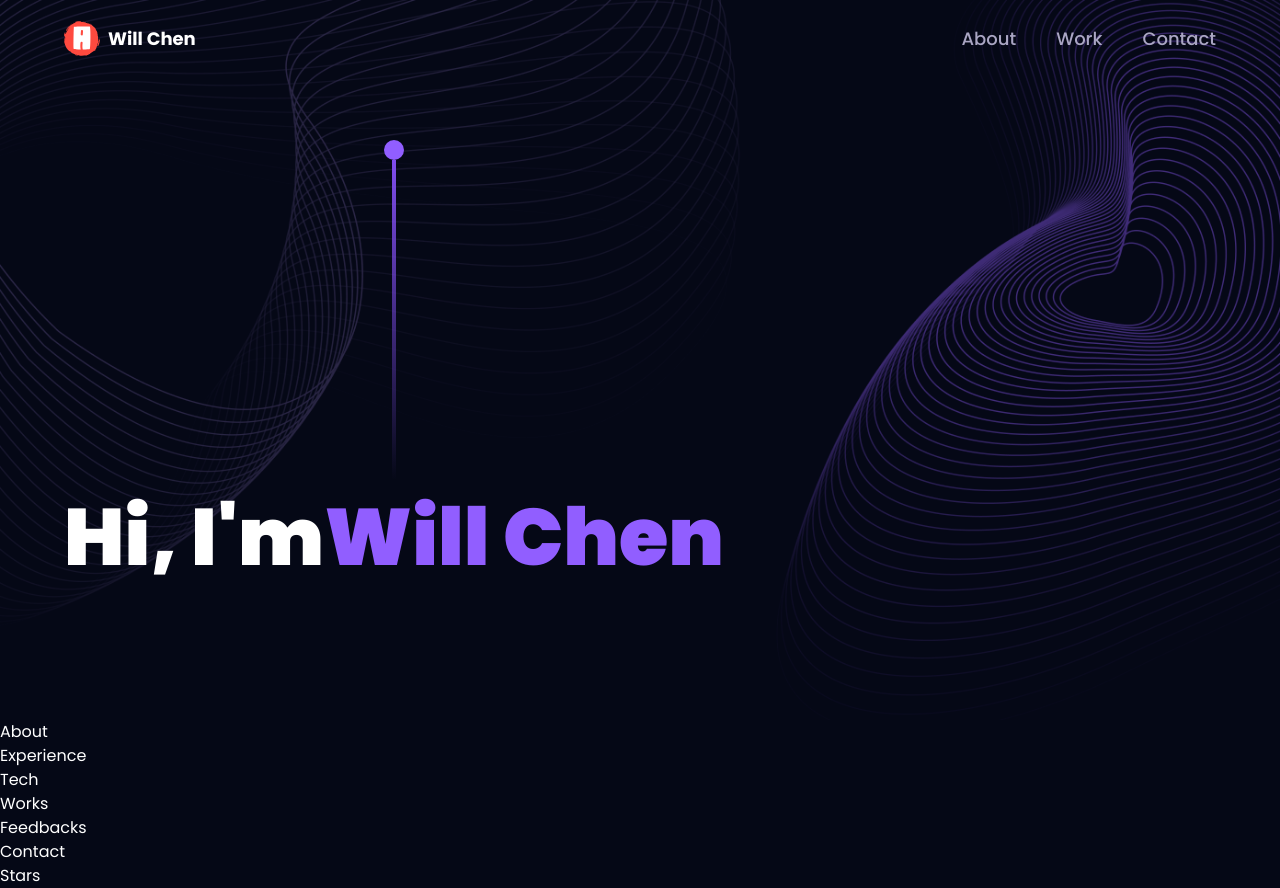
Repository: smallchungus/updatedPersonalWebsite
Page: /
These files come from the project's save history. The page is drawn as it stood at one moment and after the next save; the edit follows.
The browser window is 1280 px wide. The pictures show the whole page.
The project was rebuilt for these pictures with package versions that can differ from the ones it lists, and the page was loaded fresh each time. Also part of the build but not shown: vite.config.js, src/components/canvas/Earth.jsx, src/components/canvas/Ball.jsx.

Above is the page before, as saved 2023-11-26 12:12:27.

After the next save:
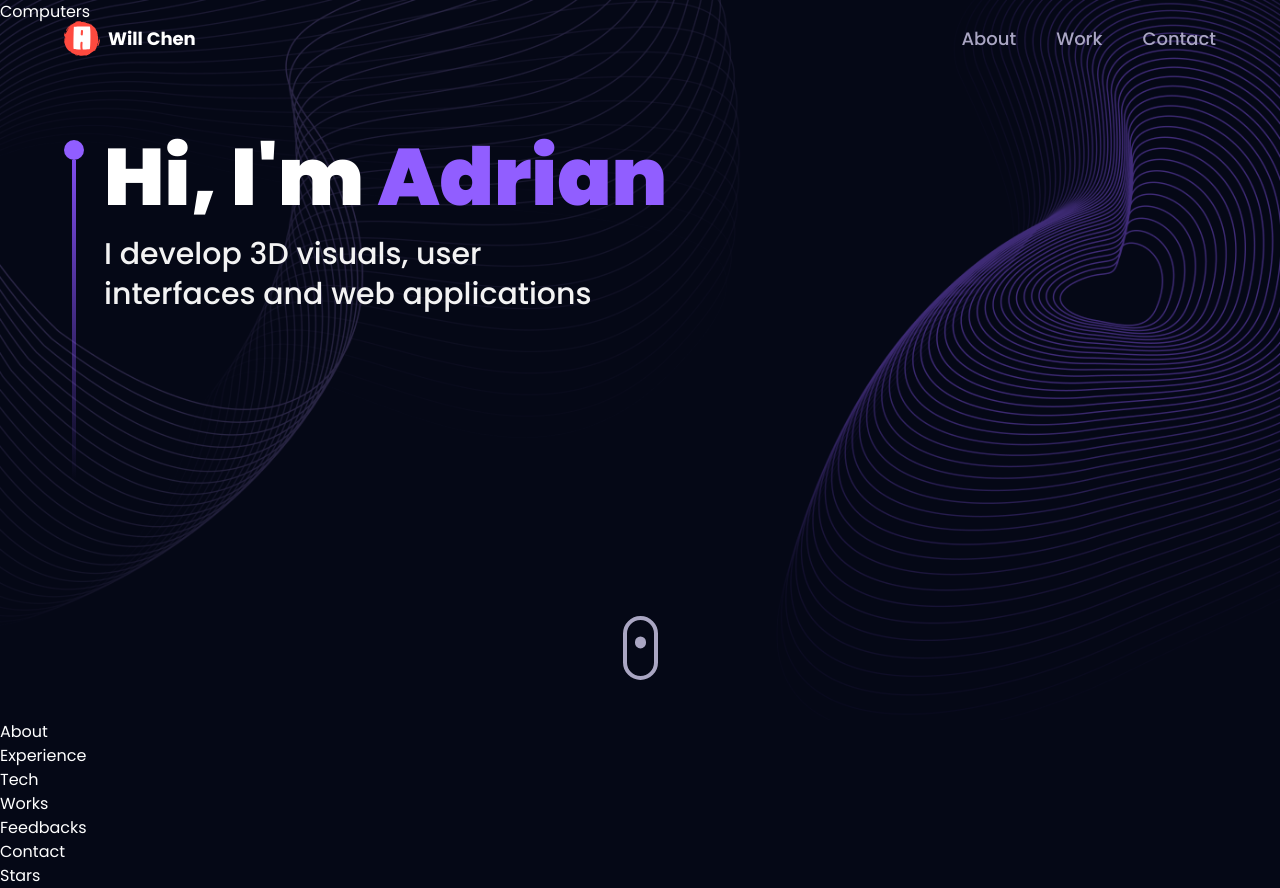
Saved 51 s later.
--- a/src/components/Hero.jsx
+++ b/src/components/Hero.jsx
@@ -1,24 +1,51 @@
-import React from 'react'
-import {motion} from 'framer-motion';
+import { motion } from "framer-motion";
 
-import {styles} from '../styles';
-import {ComputersCanvas} from './canvas';
+import { styles } from "../styles";
+import { ComputersCanvas } from "./canvas";
 
 const Hero = () => {
   return (
-    <section className='relative w-full h-screen mx-auto'>
-      <div className={`${styles.paddingX} absolute inset-0 top-[120px] max-w-7xl mx-auto flex flex-row items-start gap-5`}>
-        <div className ="flex flex-col justify-center items-center mt-5">
-          <div className ="w-5 h-5 rounded-full bg-[#915eff]"/>
-          <div className="w-1 sm:h-80 h-40 violet-gradient" />
-          <div>
-            <h1 className={`${styles.heroHeadText} text-white`}>Hi, I'm<span className="text-[#915eff]">Will Chen</span>
-            </h1>
-          </div>
+    <section className={`relative w-full h-screen mx-auto`}>
+      <div
+        className={`absolute inset-0 top-[120px]  max-w-7xl mx-auto ${styles.paddingX} flex flex-row items-start gap-5`}
+      >
+        <div className='flex flex-col justify-center items-center mt-5'>
+          <div className='w-5 h-5 rounded-full bg-[#915EFF]' />
+          <div className='w-1 sm:h-80 h-40 violet-gradient' />
+        </div>
+
+        <div>
+          <h1 className={`${styles.heroHeadText} text-white`}>
+            Hi, I'm <span className='text-[#915EFF]'>Adrian</span>
+          </h1>
+          <p className={`${styles.heroSubText} mt-2 text-white-100`}>
+            I develop 3D visuals, user <br className='sm:block hidden' />
+            interfaces and web applications
+          </p>
         </div>
       </div>
+
+      <ComputersCanvas />
+
+      <div className='absolute xs:bottom-10 bottom-32 w-full flex justify-center items-center'>
+        <a href='#about'>
+          <div className='w-[35px] h-[64px] rounded-3xl border-4 border-secondary flex justify-center items-start p-2'>
+            <motion.div
+              animate={{
+                y: [0, 24, 0],
+              }}
+              transition={{
+                duration: 1.5,
+                repeat: Infinity,
+                repeatType: "loop",
+              }}
+              className='w-3 h-3 rounded-full bg-secondary mb-1'
+            />
+          </div>
+        </a>
+      </div>
     </section>
-    )
-}
+  );
+};
 
-export default Hero
+export default Hero;
